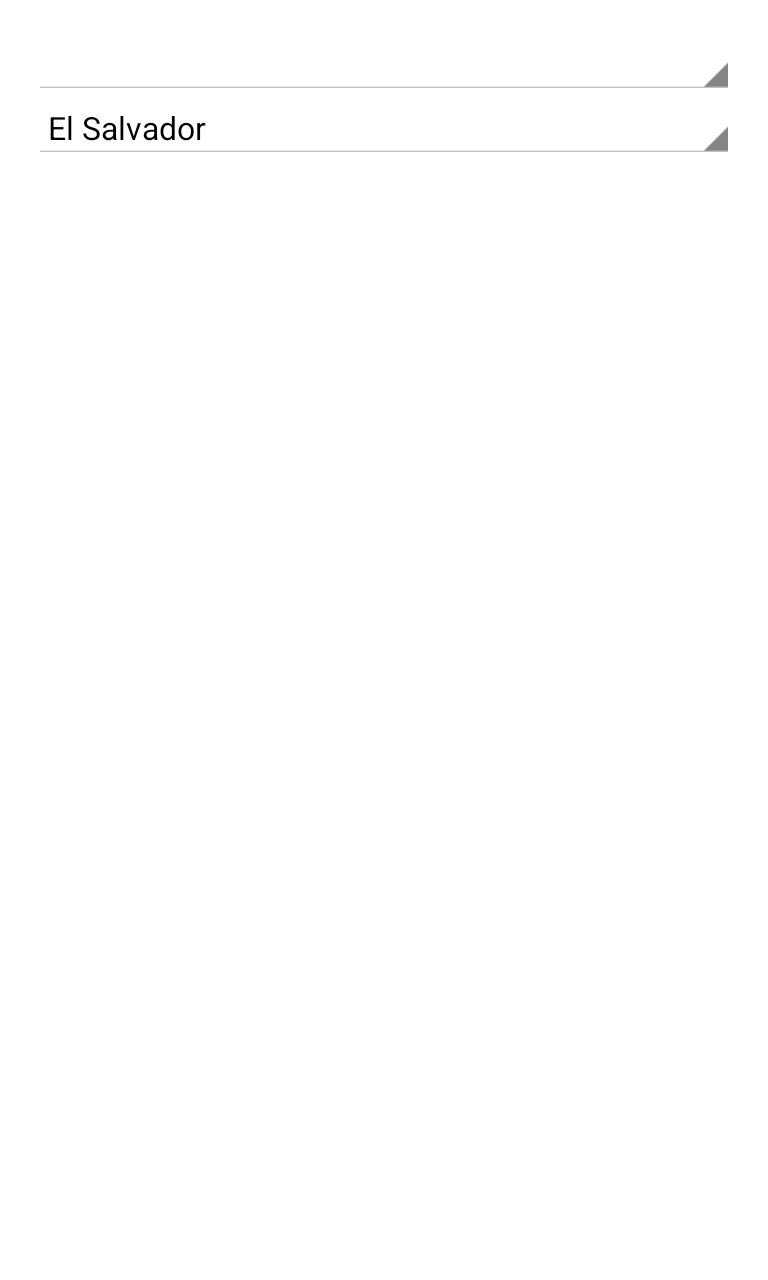
Repository: G3rcar/Android-I
Layout: Clase08Spinner/res/layout/activity_main.xml
The author's editor kept a copy of each file at every save. The layout is drawn from the files as they stood at one save, then again after the next save.
It is drawn on a 768 x 1280 px phone screen (xhdpi) without system bars, with theme AppTheme; the app's code is not run.

Above is the layout before, as saved 2013-11-06 13:13:54.

### Clase08Spinner/res/layout/activity_main.xml
<LinearLayout xmlns:android="http://schemas.android.com/apk/res/android"
    xmlns:tools="http://schemas.android.com/tools"
    android:id="@+id/LinearLayout1"
    android:layout_width="match_parent"
    android:layout_height="match_parent"
    android:orientation="vertical"
    android:paddingBottom="@dimen/activity_vertical_margin"
    android:paddingLeft="@dimen/activity_horizontal_margin"
    android:paddingRight="@dimen/activity_horizontal_margin"
    android:paddingTop="@dimen/activity_vertical_margin"
    tools:context=".MainActivity" >

    <Spinner
        android:id="@+id/spnMarcas"
        android:layout_width="match_parent"
        android:layout_height="wrap_content"
        android:prompt="@string/lblSelectMarcas" />

    <Spinner
        android:id="@+id/spnPaises"
        android:layout_width="match_parent"
        android:layout_height="wrap_content"
        android:entries="@array/paises"
        android:prompt="@string/lblSelectPaises" />

</LinearLayout>

### Clase08Spinner/res/values/strings.xml
<?xml version="1.0" encoding="utf-8"?>
<resources>

    <string name="app_name">Clase08 Spinner</string>
    <string name="action_settings">Settings</string>
    <string name="hello_world">Hello world!</string>
    <string-array name="marcas">
        <item >Sony</item>
        <item >LG</item>
        <item >Apple</item>
    </string-array>
    <string-array name="paises">
        <item >El Salvador</item>
        <item >Guatemala</item>
        <item >Honduras</item>
    </string-array>
    <string name="lblSelectMarcas">Seleccione una marca</string>
    <string name="lblSelectPaises">Seleccione un pais</string>

</resources>

Loaded but not shown: Clase08Spinner/res/values/styles.xml (common file); Clase08Spinner/res/values-v11/styles.xml (common file); Clase08Spinner/res/values-v14/styles.xml (common file); Clase08Spinner/res/values/dimens.xml (common file)

After the next save:
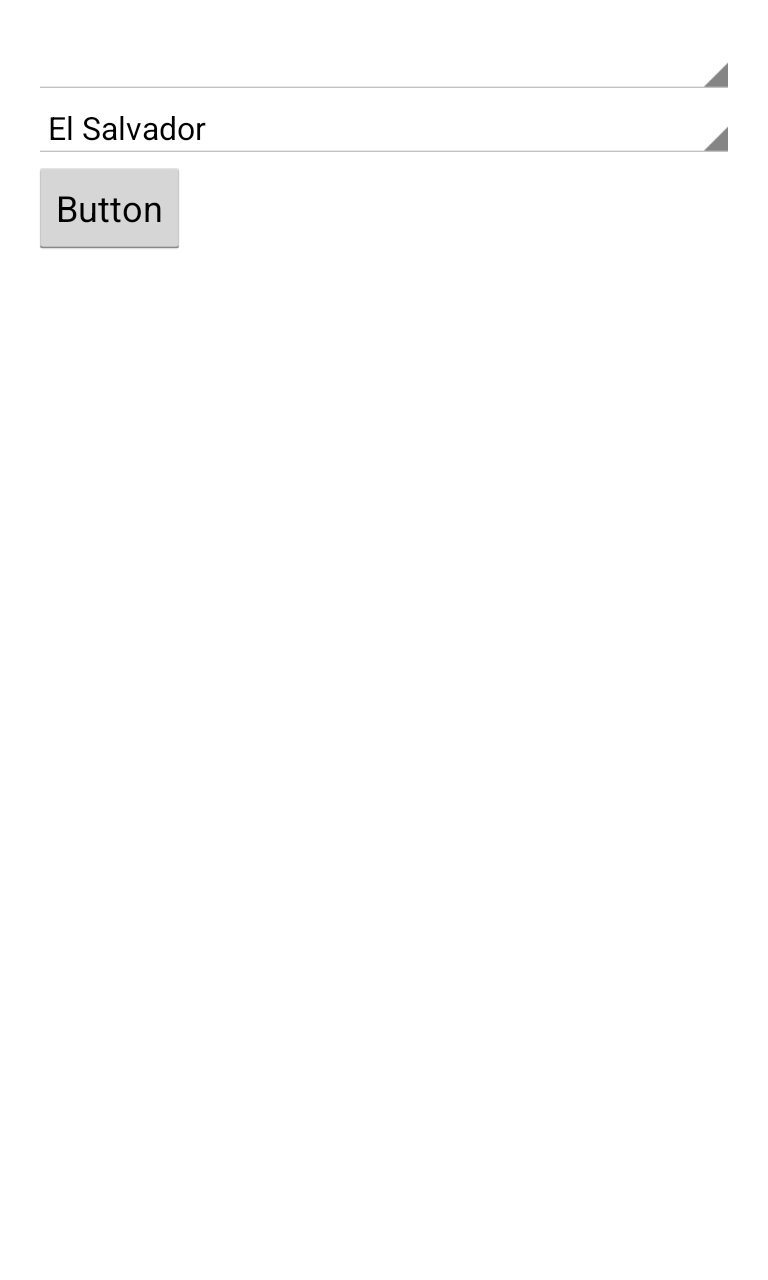
Saved 50 s later.
--- a/Clase08Spinner/res/layout/activity_main.xml
+++ b/Clase08Spinner/res/layout/activity_main.xml
@@ -23,4 +23,11 @@
         android:entries="@array/paises"
         android:prompt="@string/lblSelectPaises" />
 
+    <Button
+        android:id="@+id/button1"
+        android:layout_width="wrap_content"
+        android:layout_height="wrap_content"
+        android:onClick="onClickOk"
+        android:text="Button" />
+
 </LinearLayout>
